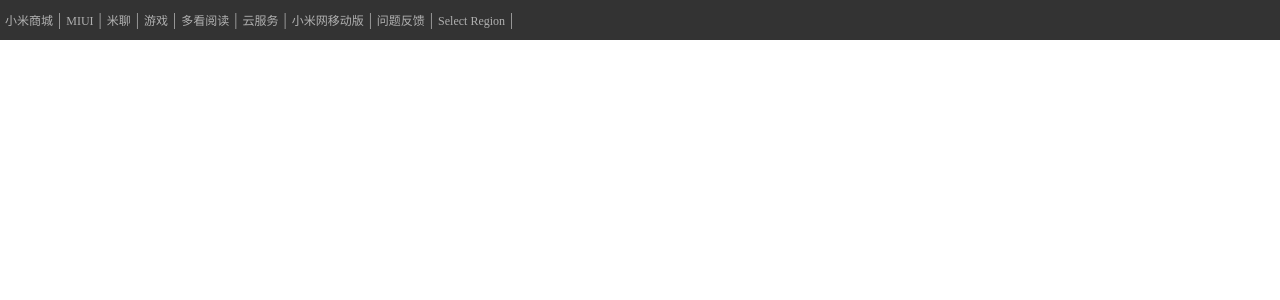
Repository: jijiajia19/mvue-by-jacle
Page: /
An editor plug-in stored every save of this project. The page is shown before and after the next save, followed by the edit.
The browser window is 1280 px wide. The pictures show the whole page.
The project was rebuilt for these pictures with package versions that can differ from the ones it lists, and the page was loaded fresh each time. Also part of the build but not shown: vue.config.js.

Above is the page before, as saved 2022-02-22 13:57:46.

### public/index.html
<!DOCTYPE html>
<html lang="">
    <head>
        <meta charset="utf-8" />
        <meta http-equiv="X-UA-Compatible" content="IE=edge" />
        <meta name="viewport" content="width=device-width,initial-scale=1.0" />
        <link rel="icon" href="<%= BASE_URL %>favicon.ico" />
        <title><%= htmlWebpackPlugin.options.title %></title>
        <style>
            body {
                margin: 0px;
                padding: 0px;
            }
        </style>
    </head>
    <body>
        <noscript>
            <strong
                >We're sorry but <%= htmlWebpackPlugin.options.title %> doesn't
                work properly without JavaScript enabled. Please enable it to
                continue.</strong
            >
        </noscript>
        <div id="app"></div>
        <!-- built files will be auto injected -->
    </body>
</html>

### src/main.js
import Vue from 'vue';
// import App from './App.vue';
import Main from '@v/Main';
import router from './router';

Vue.config.productionTip = false;

new Vue({
    router,
    render: (h) => h(Main),
}).$mount('#app');

### src/views/Main.vue
<template>
    <div class="main-container"><Header></Header></div>
</template>

<script>
import Header from '@c/Header.vue';

export default {
    name: 'Main',
    data() {
        return {};
    },
    components: { Header },
};
</script>

<style scoped lang="less">
@import '@a/css/base.css';
</style>

### src/router/index.js
import Vue from 'vue';
import VueRouter from 'vue-router';
import Main from '@v/Main';

Vue.use(VueRouter);

const routes = [
    {
        path: '/',
        name: 'main',
        component: Main,
    },
    {
        path: '/about',
        name: 'about',
        // route level code-splitting
        // this generates a separate chunk (about.[hash].js) for this route
        // which is lazy-loaded when the route is visited.
        component: () =>
            import(/* webpackChunkName: "about" */ '../views/AboutView.vue'),
    },
];

const router = new VueRouter({
    routes,
});

export default router;

### src/assets/css/base.css
html {
    width: 100%;
    height: 100%;
}

body {
    font-family: Helvetica, Arial, 'Microsoft Yahei', 'Hiragino Sans GB',
        'Heiti SC', 'WenQuanYi Micro Hei', sans-serif;
    width: 100%;
    height: 100%;
}

ul {
    margin: 0;
    padding: 0;
    list-style: none;
}

.clearfix:after {
    content: '.';
    display: block;
    height: 0;
    clear: both;
    visibility: hidden;
}
.clearfix {
    *+height: 1%;
}

a {
    text-decoration: none;
    color: #333;
}

### src/components/Header.vue
<template>
    <div class="container">
        <div class="topbar-nav">
            <ul class="nav-wrap">
                <li v-for="item in navs" class="nav clearfix" :key="item.name">
                    <template v-if="item.name === '小米商城'">
                        <a :href="item.sourceUrl" class="nav-name">{{
                            item.name
                        }}</a>
                    </template>
                    <template v-else>
                        <a
                            :href="item.sourceUrl"
                            class="nav-name"
                            target="_blank"
                            >{{ item.name }}</a
                        >
                    </template>
                    <span class="nav-separate" v-show="$index != 8"
                        >|{{ index }}</span
                    >
                </li>
            </ul>
        </div>
        <div></div>
    </div>
</template>

<script>
export default {
    name: 'Header',
    data() {
        return {
            navIndex: 0,
            navs: [
                { name: '小米商城', sourceUrl: 'http://www.mi.com/index.html' },
                { name: 'MIUI', sourceUrl: 'http://www.miui.com/' },
                { name: '米聊', sourceUrl: 'http://www.miliao.com/' },
                { name: '游戏', sourceUrl: 'http://game.xiaomi.com/' },
                { name: '多看阅读', sourceUrl: 'http://www.duokan.com/' },
                { name: '云服务', sourceUrl: 'https://i.mi.com/' },
                {
                    name: '小米网移动版',
                    sourceUrl: 'http://www.mi.com/c/appdownload/',
                },
                {
                    name: '问题反馈',
                    sourceUrl: 'http://static.mi.com/feedback/',
                },
                {
                    name: 'Select Region',
                    sourceUrl: 'http://www.mi.com/index.html',
                },
            ],
        };
    },
    components: {},
};
</script>

<style scoped lang="less">
.container {
    width: 100%;
    height: 40px;
    margin: 0px;
    padding: 0px;
    background: #333;
}

.topbar-nav {
    float: left;
    display: inline-block;
    height: 40px;
    line-height: 40px;
    overflow: hidden;
}

.nav-wrap {
    display: inline-block;
    margin: 0;
    padding: 0;
    list-style: none;
    .nav {
        display: inline-block;
        text-decoration: none;
        height: 40px;
        line-height: 40px;
        padding-left: 5px;
        & :hover {
            color: #fff;
        }
        .nav-name {
            display: inline-block;
            font-size: 12px;
            color: #b0b0b0;
            text-decoration: none;
        }
        .nav-separate {
            display: inline-block;
            color: #b0b0b0;
            margin-left: 5px;
        }
    }
}
</style>

After the next save:
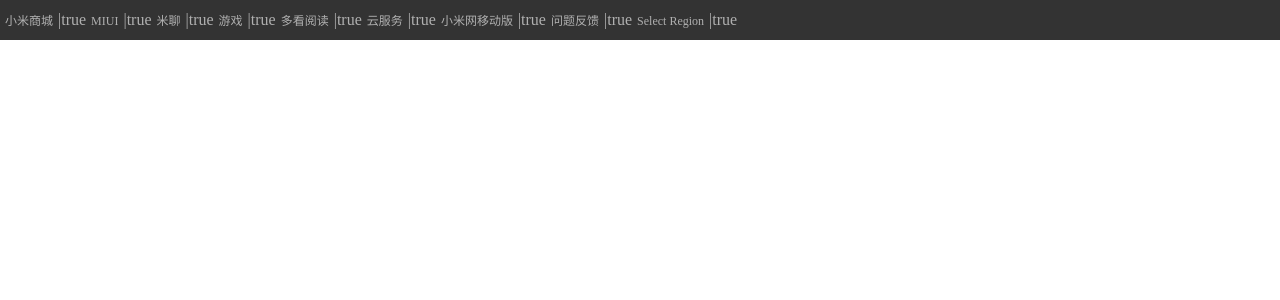
Saved 12 s later.
--- a/src/components/Header.vue
+++ b/src/components/Header.vue
@@ -17,7 +17,7 @@
                         >
                     </template>
                     <span class="nav-separate" v-show="$index != 8"
-                        >|{{ index }}</span
+                        >|{{ $index != 8 }}</span
                     >
                 </li>
             </ul>

After the save that followed:
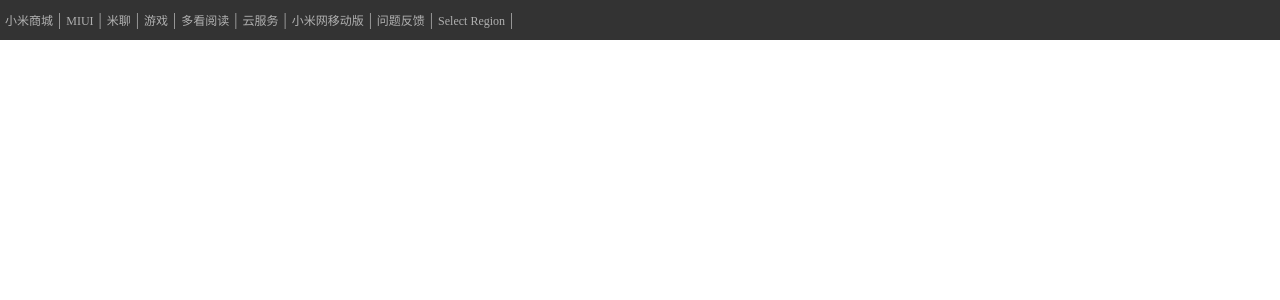
Saved 12 s later.
--- a/src/components/Header.vue
+++ b/src/components/Header.vue
@@ -17,7 +17,7 @@
                         >
                     </template>
                     <span class="nav-separate" v-show="$index != 8"
-                        >|{{ $index != 8 }}</span
+                        >|{{ $index }}</span
                     >
                 </li>
             </ul>
